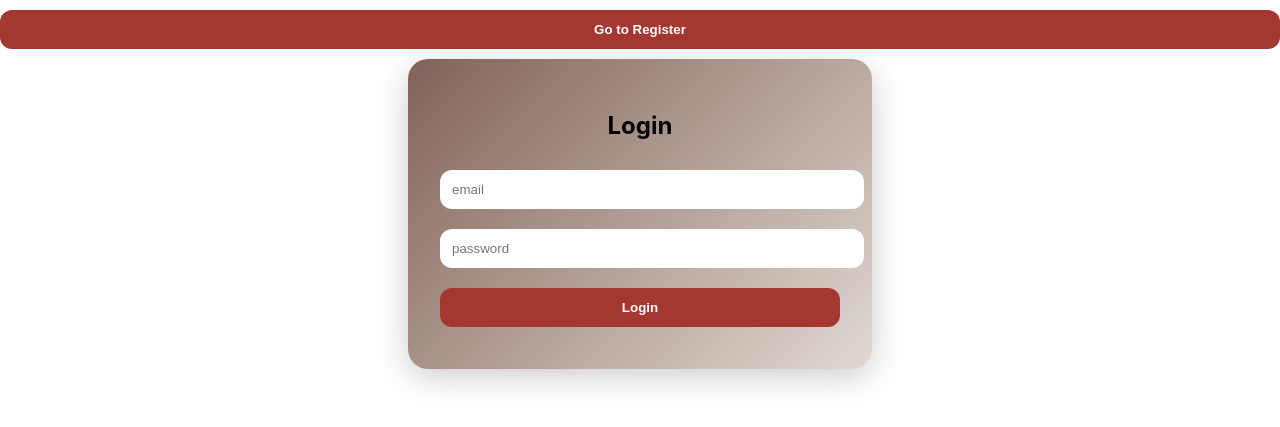
Repository: aab232/https---github.com-aab232-Deferred-Payment-Platform
Page: /register (app in frontend/)
An editor plug-in stored every save of this project. The page is shown before and after the next save, followed by the edit.
The browser window is 1280 px wide. The pictures show the whole page.
The project was rebuilt for these pictures with package versions that can differ from the ones it lists, and the page was loaded fresh each time. Also part of the build but not shown: frontend/src/components/Register.js.

Above is the page before, as saved 2025-03-14 01:23:43.

### frontend/src/App.js
import React, { useState } from "react";
import Register from "./components/Register";
import Login from "./components/Login";

const App = () => {
    const [showLogin, setShowLogin] = useState(true);

    return (
        <div>
            <button onClick={() => setShowLogin(!showLogin)}>
                {showLogin ? "Go to Register" : "Go to Login"}
            </button>
            {showLogin ? <Login /> : <Register />}
        </div>
    );
};

export default App;

### frontend/src/components/Login.js
import React, { useState } from "react";
import axios from "axios";
import "./Login.css"; // Import the CSS for Login page

const Login = () => {
    const [formData, setFormData] = useState({
        email: "",
        password: "",
    });

    const handleChange = (e) => {
        setFormData({ ...formData, [e.target.name]: e.target.value });
    };

    const handleSubmit = async (e) => {
        e.preventDefault();
        try {
            const response = await axios.post("http://localhost:5000/login", formData);
            alert(response.data.message);
        } catch (error) {
            alert(error.response?.data.message || "Login failed.");
        }
    };

    return (
        <div className="container">
            <h2>Login</h2>
            <form onSubmit={handleSubmit}>
                {Object.keys(formData).map((field) => (
                    <input
                        key={field}
                        type={field === "password" ? "password" : "text"}
                        name={field}
                        placeholder={field}
                        value={formData[field]}
                        onChange={handleChange}
                        required
                    />
                ))}
                <button type="submit">Login</button>
            </form>
        </div>
    );
};

export default Login;

### frontend/src/components/Register.css
/* Styling for the Registration Form */
.form-container {
    max-width: 400px;
    margin: auto;
    padding: 2rem;
    background: linear-gradient(135deg, #ffafbd, #ffc3a0);
    border-radius: 20px;
    box-shadow: 0 8px 32px rgba(0, 0, 0, 0.2);
    text-align: center;
  }

  input, button {
    margin: 10px 0;
    padding: 12px;
    width: 100%;
    border-radius: 12px;
    border: none;
  }

  button {
    background-color: #6a11cb;
    color: white;
    font-weight: bold;
    cursor: pointer;
  }

  p {
    cursor: pointer;
    color: #6a11cb;
  }

### frontend/src/components/Login.css
/* Styling for the Login Form */
.container {
    max-width: 400px;
    margin: auto;
    padding: 2rem;
    background: linear-gradient(135deg, #826258, #E0D9D2);
    border-radius: 20px;
    box-shadow: 0 8px 32px rgba(0, 0, 0, 0.2);
    text-align: center;
  }

  input, button {
    margin: 10px 0;
    padding: 12px;
    width: 100%;
    border-radius: 12px;
    border: none;
  }

  button {
    background-color: #a4372f;
    color: white;
    font-weight: bold;
    cursor: pointer;
  }

  p {
    cursor: pointer;
    color: #a4372f;
  }

Loaded but not shown: frontend/public/index.html (common file); frontend/src/index.js (common file); frontend/src/index.css (common file); frontend/src/reportWebVitals.js (common file)

After the next save:
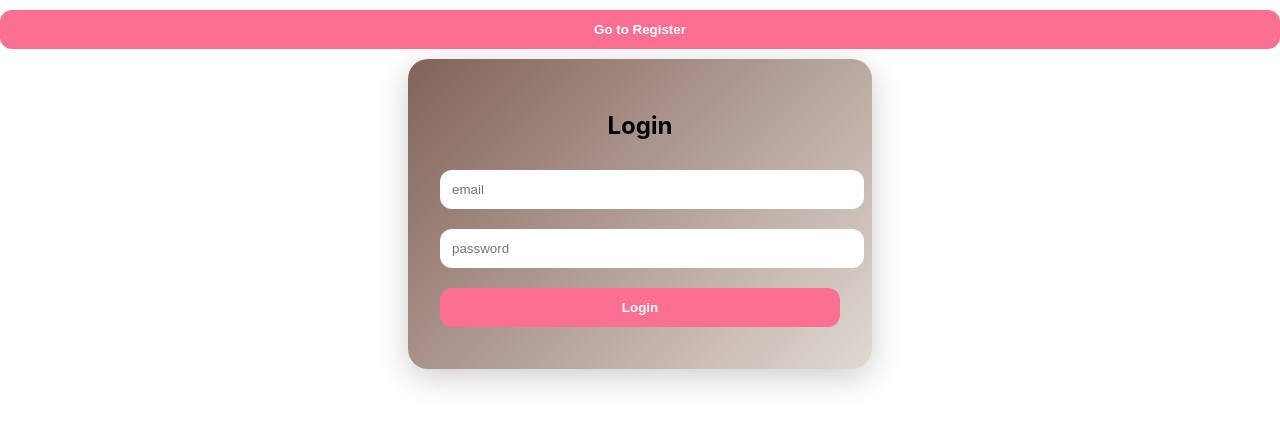
Saved 43 s later.
--- a/frontend/src/components/Login.css
+++ b/frontend/src/components/Login.css
@@ -18,7 +18,7 @@
   }
 
   button {
-    background-color: #a4372f;
+    background-color: #FB6F92;
     color: white;
     font-weight: bold;
     cursor: pointer;
@@ -26,5 +26,5 @@
 
   p {
     cursor: pointer;
-    color: #a4372f;
+    color: #FB6F92;
   }
